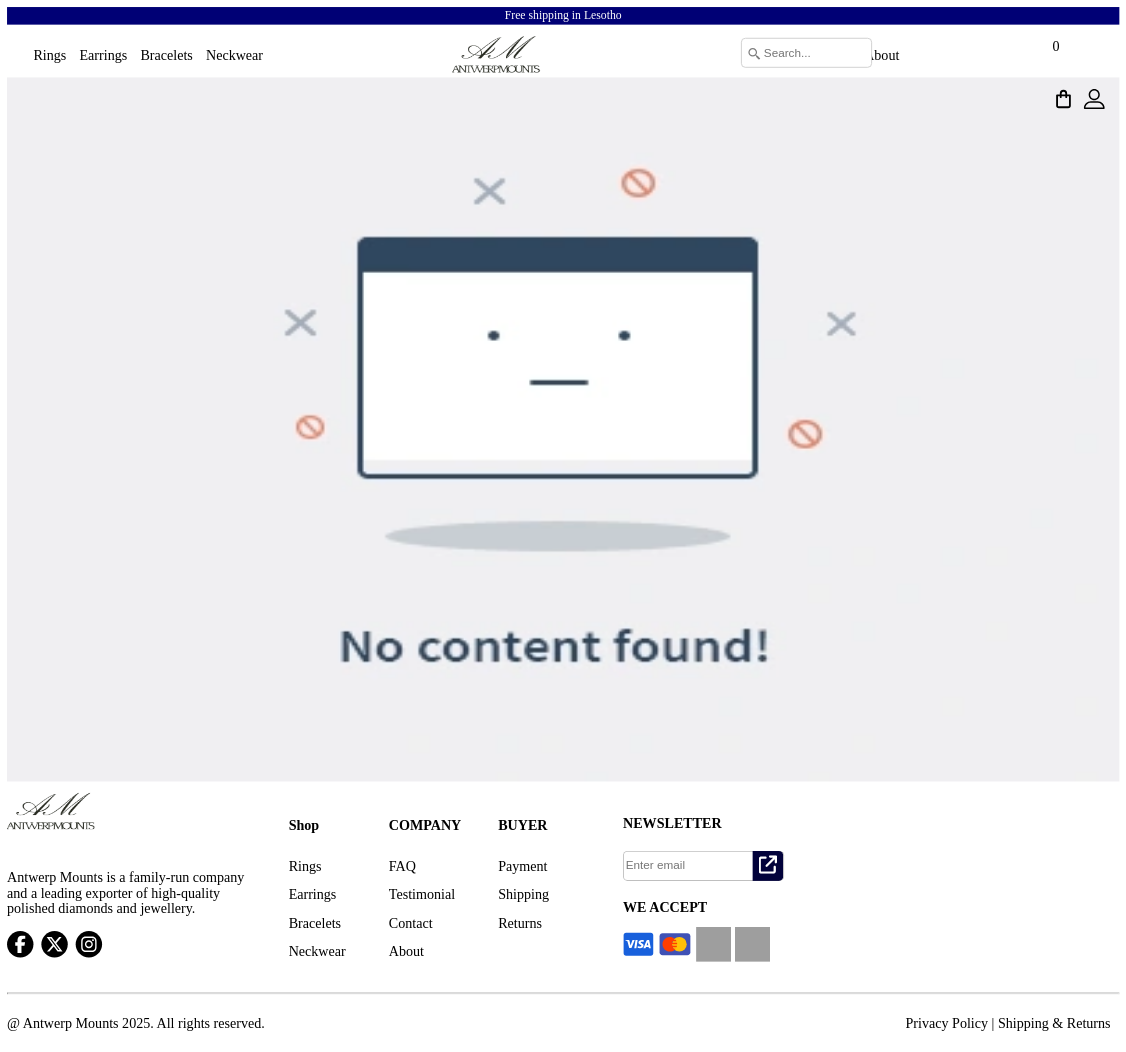
Repository: kea-0424/Web-Development-Project-1
Page: First_collaboration/JewelarySite.html
An editor plug-in stored every save of this project. The page is shown before and after a run of saves, followed by the edit.
The browser window is 1280 px wide. The pictures show the whole page, at 88% of full size.
Pictures or frames that could not be fetched are drawn as grey boxes.

Above is the page before, as saved 2025-01-23 14:25:09.

After the next 2 saves:
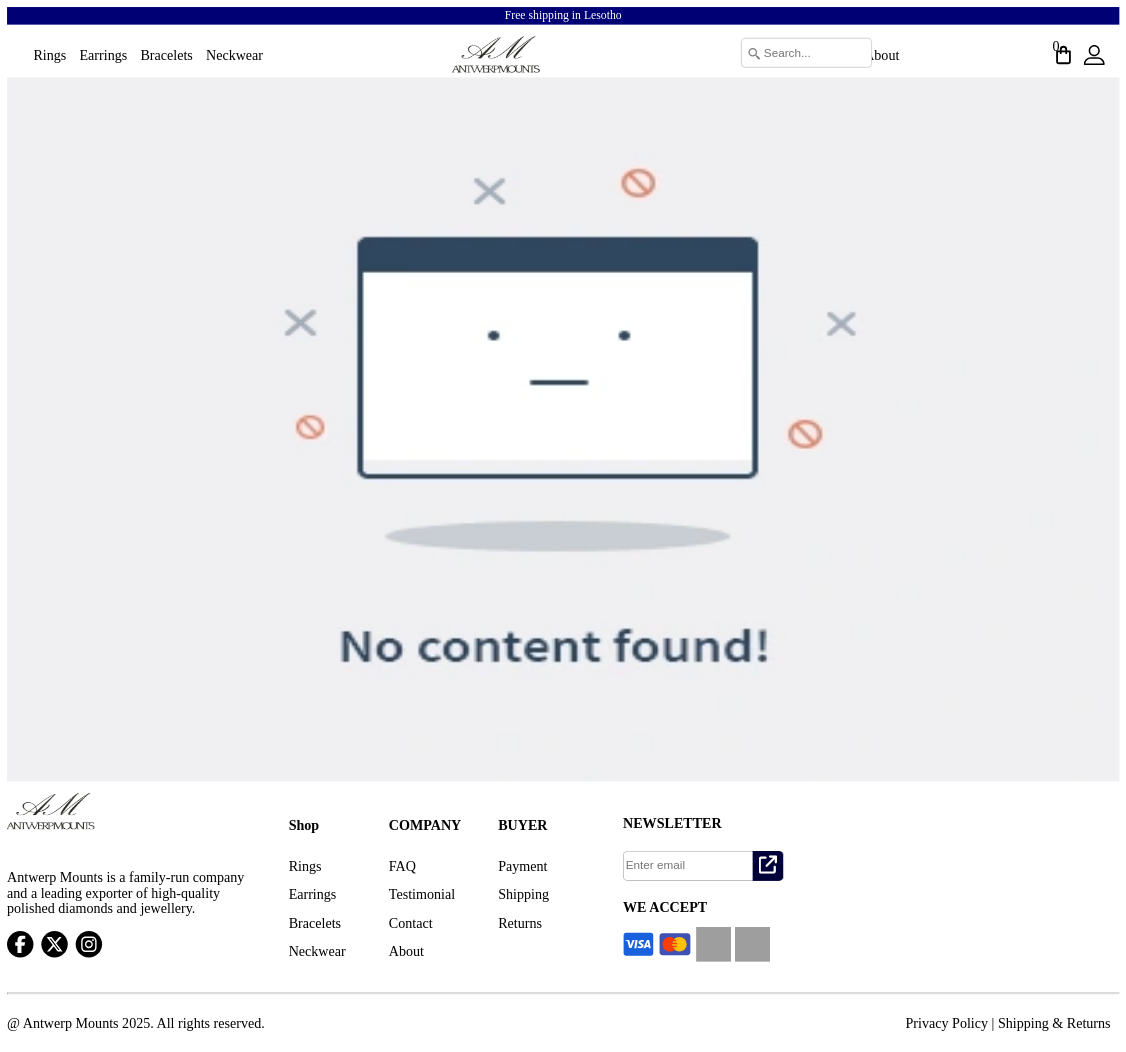
The 2 saves are shown as one change because they came seconds apart.
The last was saved 5 s later.
--- a/First_collaboration/JewelarySite.css
+++ b/First_collaboration/JewelarySite.css
@@ -97,7 +97,8 @@ main,.No_Content {
     margin-right: 6px;
 }
 #item_No{
-    po
+    position: absolute;
+
 }
 #left_nav{
     position: absolute;
